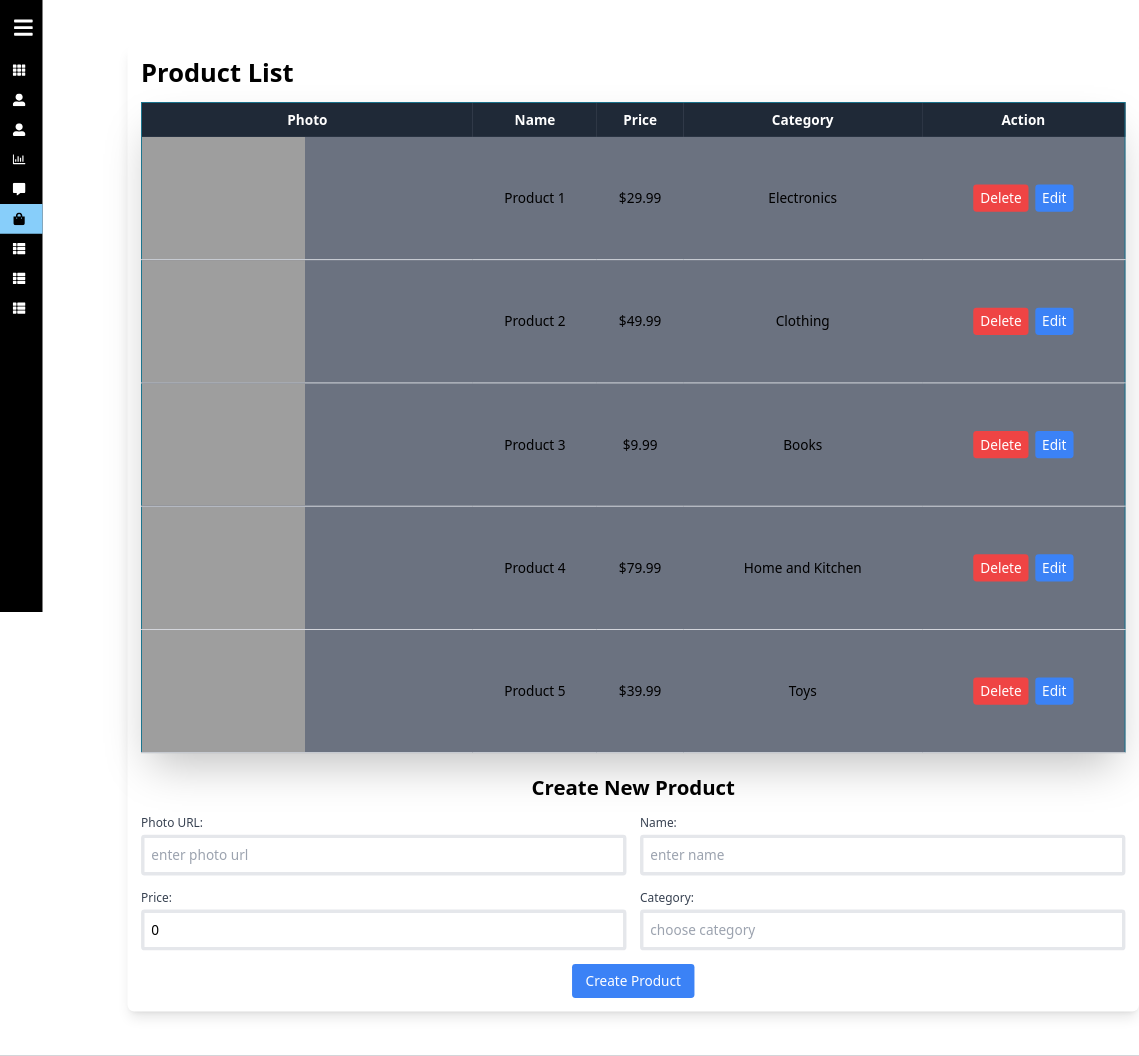
Repository: AndargWorku12/admin-dashboard
Page: /product
These files come from the project's save history. The page is drawn as it stood at one moment and after the next save; the edit follows.
The browser window is 1280 px wide. The page is 1340 px wide, so the pictures cover 1340 px, including what lies to the right of the window. The pictures show the whole page, at 85% of full size.
Pictures or frames that could not be fetched are drawn as grey boxes. The project was rebuilt for these pictures with package versions that can differ from the ones it lists, and the page was loaded fresh each time. Also part of the build but not shown: src/pages/Dashboard.tsx, src/pages/Orders.tsx, src/pages/Category.tsx, src/pages/Login.tsx, src/pages/Analytics.tsx, src/pages/CustemerReview.tsx, src/pages/ShopCard.tsx, src/pages/SignUpForm.tsx.

Above is the page before, as saved 2024-01-26 01:03:27.

### src/index.tsx
import { ColorModeScript } from "@chakra-ui/react"
import * as React from "react"
import * as ReactDOM from "react-dom/client"
import App from "./App"
import './index.css'

const container = document.getElementById("root")
if (!container) throw new Error('Failed to find the root element');
const root = ReactDOM.createRoot(container)

root.render(

  <React.StrictMode>
    <ColorModeScript />
    <App />
  </React.StrictMode>,

)

### src/App.tsx

import React, {useState} from 'react';
import { BrowserRouter, Route, Routes } from 'react-router-dom';
import Sidebar from './components/Sidebar';
import Dashboard from './pages/Dashboard';
// import SignUpForm from './pages/LoginPopup'
import Orders from './pages/Orders';
import Category from './pages/Category';
import Login from './pages/Login'
import Analytics from './pages/Analytics';
import CustemerReview from './pages/CustemerReview';
import ProductList from './pages/ProductList';
import ShopCard from './pages/ShopCard';
import './App.css'
import SignUpForm from './pages/SignUpForm';




type SaleData = {
  date: string;
  amount: number;
};

type RevenueData = {
  month: string;
  revenue: number;
};

type Product = {
    id: string;
    photo: string;
    name: string;
    price: number;
    category: string;
};

type Order = {
    id: string;
    productName: string;
    quantity: number;
    totalPrice: number;

};

type CategoryType = {
  id: string;
  photo:string;
  name: string;
};



// Sample props for components
type DashboardProps = {
  saleData: SaleData[];
  revenueData: RevenueData[];
  // ... other props
};

type AnalyticsProps = {
  salesData: SaleData[];
  // ... other props
};

type ProductProps = {
  products: Product[];
  onUpdate: (productId: string, updatedProduct: Product) => void;

};




type OrderProps = {
  orders: Order[];
  // ... other props
};

type CategoryProps = {
  categories: CategoryType[];
  // ... other props
};







const App: React.FC = () => {


// for the product page to handle
  const [products, setProducts] = useState<Product[]>([


    {
      id: '1',
      photo: 'https://img.ltwebstatic.com/images3_pi/2022/01/10/16417919016a32607182dd11dedeb77e8324b683e8_thumbnail_900x.webp',
      name: 'Product 1',
      price: 29.99,
      category: 'Electronics',
    },
    {
      id: '2',
      photo: 'https://img.ltwebstatic.com/images3_pi/2022/01/10/16417919016a32607182dd11dedeb77e8324b683e8_thumbnail_900x.webp',
      name: 'Product 2',
      price: 49.99,
      category: 'Clothing',
    },
    {
      id: '3',
      photo: 'https://img.ltwebstatic.com/images3_pi/2022/01/10/16417919016a32607182dd11dedeb77e8324b683e8_thumbnail_900x.webp',
      name: 'Product 3',
      price: 9.99,
      category: 'Books',
    },
    {
      id: '4',
      photo: 'https://img.ltwebstatic.com/images3_pi/2022/01/10/16417919016a32607182dd11dedeb77e8324b683e8_thumbnail_900x.webp',
      name: 'Product 4',
      price: 79.99,
      category: 'Home and Kitchen',
    },
    {
      id: '5',
      photo: 'https://img.ltwebstatic.com/images3_pi/2022/01/10/16417919016a32607182dd11dedeb77e8324b683e8_thumbnail_900x.webp',
      name: 'Product 5',
      price: 39.99,
      category: 'Toys',
    },



  ]);

  // Function to handle creating a new product
  const handleCreate = (newProduct: Product) => {
    setProducts((prevProducts) => [...prevProducts, newProduct]);
  };

  // Function to handle updating a product

  const handleUpdate = (productId: string, newName: string, newPrice: number) => {
    setProducts((prevProducts) =>
      prevProducts.map((product) =>
        product.id === productId
          ? { ...product, name: newName, price: newPrice }
          : product
      )
    );
  };



  // Function to handle deleting a product
  const handleDelete = (productId: string) => {
    setProducts((prevProducts) => prevProducts.filter((product) => product.id !== productId));
  };

//  for AnalyticsPage
// for category page


const [categories, setCategories] = useState<CategoryType[]>([
  {
    id: '1',
    photo: 'https://plus.unsplash.com/premium_photo-1661662850226-83c981ed4eba?w=500&auto=format&fit=crop&q=60&ixlib=rb-4.0.3&ixid=M3wxMjA3fDB8MHxzZWFyY2h8MXx8bGFwdG9wJTIwY29tcHV0ZXJ8ZW58MHx8MHx8fDA%3D',
    name: 'Category 1',
  },
  {
    id: '2',
    photo: 'https://plus.unsplash.com/premium_photo-1661662850226-83c981ed4eba?w=500&auto=format&fit=crop&q=60&ixlib=rb-4.0.3&ixid=M3wxMjA3fDB8MHxzZWFyY2h8MXx8bGFwdG9wJTIwY29tcHV0ZXJ8ZW58MHx8MHx8fDA%3D',
    name: 'Category 2',
  },
  {
    id: '3',
    photo: 'https://plus.unsplash.com/premium_photo-1661662850226-83c981ed4eba?w=500&auto=format&fit=crop&q=60&ixlib=rb-4.0.3&ixid=M3wxMjA3fDB8MHxzZWFyY2h8MXx8bGFwdG9wJTIwY29tcHV0ZXJ8ZW58MHx8MHx8fDA%3D',
    name: 'Category 3',
  },
  {
    id: '4',
    photo: 'https://plus.unsplash.com/premium_photo-1661662850226-83c981ed4eba?w=500&auto=format&fit=crop&q=60&ixlib=rb-4.0.3&ixid=M3wxMjA3fDB8MHxzZWFyY2h8MXx8bGFwdG9wJTIwY29tcHV0ZXJ8ZW58MHx8MHx8fDA%3D',
    name: 'Category 4',
  },

]);

// Function to handle creating a new category
// const handleCreateCategory = (newCategory: CategoryType) => {
//   setCategories((prevCategories) => [...prevCategories, newCategory]);
// };
const handleCreateCategory = (newCategory: CategoryType) => {
  // Add the new category to the list of categories
  setCategories((prevCategories) => [...prevCategories, newCategory]);
};

const handleUpdateCategory = (categoryId: string, newName: string) => {
  setCategories((prevCategories) =>
    prevCategories.map((category) =>
      category.id === categoryId ? { ...category, name: newName } : category
    )
  );
};

// Function to handle deleting a category
const handleDeleteCategory = (categoryId: string) => {
  setCategories((prevCategories) => prevCategories.filter((category) => category.id !== categoryId));
};

  const saleData: SaleData[] = [
    { date: '2022-01-01', amount: 100 },
    { date: '2022-01-02', amount: 150 },
    { date: '2022-01-03', amount: 200 },
    { date: '2022-01-04', amount: 120 },
    { date: '2022-01-05', amount: 180 },
    { date: '2022-01-06', amount: 90 },
    { date: '2022-01-07', amount: 110 },
    { date: '2022-01-08', amount: 130 },
    { date: '2022-01-09', amount: 170 },
    { date: '2022-01-10', amount: 160 },
  ];

  const revenueData: RevenueData[] = [
    { month: 'January', revenue: 500 },
    { month: 'February', revenue: 700 },
    { month: 'March', revenue: 600 },
    { month: 'April', revenue: 800 },
    { month: 'May', revenue: 900 },
    { month: 'June', revenue: 750 },
    { month: 'July', revenue: 850 },
    { month: 'August', revenue: 950 },
    { month: 'September', revenue: 700 },
    { month: 'October', revenue: 850 },
  ];


   const [orders, setOrders] = useState<Order[]>([
    {
      id: '1',
      productName: 'Laptop',
      quantity: 2,
      totalPrice: 2000,
    },
    {
      id: '2',
      productName: 'Smartphone',
      quantity: 3,
      totalPrice: 1200,
    },
    {
      id: '3',
      productName: 'Headphones',
      quantity: 1,
      totalPrice: 100,
    },
    {
      id: '4',
      productName: 'Camera',
      quantity: 1,
      totalPrice: 800,
    },

   ]);

  // Function to create a new order
  const handleCreateOrder = (newOrder: Order) => {
    setOrders((prevOrders) => [...prevOrders, newOrder]);
  };

  // Function to delete an order
  const handleDeleteOrder = (orderId: string) => {
    const updatedOrders = orders.filter(order => order.id !== orderId);
    setOrders(updatedOrders);
  };

  // Function to update an order
  const handleUpdateOrder = (orderId: string, updatedOrder: Order) => {
    // Placeholder implementation: Updating the order in the list
    setOrders((prevOrders) =>
      prevOrders.map((order) =>
        order.id === orderId ? { ...order, ...updatedOrder } : order
      )
    );
  };

  return (
    <BrowserRouter>
    <Sidebar>
      <Routes>
        <Route path="/" element={<Dashboard saleData={saleData} revenueData={revenueData} />} />
        <Route path="/dashboard" element={<Dashboard saleData={saleData} revenueData={revenueData} />} />
       <Route path="/login" element={<Login/>}/>
        <Route path="/signup" element={<SignUpForm />} />
        <Route path="/review"element={<CustemerReview username="John" joinedDate="2022-01-01" reviewDate="2022-01-15" reviewText="Lorem ipsum" />}
/>

        <Route path="/analytics" element={<Analytics saleData={saleData} />} />
        <Route
  path="/product"
  element={<ProductList products={products} onCreate={handleCreate} onDelete={handleDelete} onUpdate={handleUpdate} />}
/>
        <Route path="/shop" element={<ShopCard />} />
        <Route
        path="/orders"
        element={
          <Orders
  orders={orders}
  onCreateOrder={handleCreateOrder}
  onDeleteOrder={handleDeleteOrder}
  onUpdateOrder={handleUpdateOrder}
/>
        }
      />

        <Route
            path="/category"
            element={<Category
              categories={categories}
              onCreate={handleCreateCategory}
              onDelete={handleDeleteCategory}
              onUpdate={handleUpdateCategory}
            />}
          />

      </Routes>
    </Sidebar>
  </BrowserRouter>
  );
};

export default App;

### src/components/Sidebar.tsx
import React, { useState } from 'react';
import ReactNode from "react";
import {
    FaTh,
    FaBars,
    FaUserAlt,
    FaRegChartBar,
    FaCommentAlt,
    FaShoppingBag,
    FaThList
} from 'react-icons/fa';
import { NavLink, NavLinkProps } from 'react-router-dom';



interface MenuItem {
    path: string;
    name: string;
    icon: JSX.Element;
}

interface SidebarProps {
  children: React.ReactNode;
}
    const Sidebar: React.FC<React.PropsWithChildren<{}>> = ({ children }) => {
    const [isOpen, setIsOpen] = useState(false);

    const toggle = () => setIsOpen(!isOpen);

    const menuItems: MenuItem[] = [
        {
            path: '/',
            name: 'Dashboard',
            icon: <FaTh />,
        },
        {
            path: '/login',
            name: 'Login',
            icon: <FaUserAlt />,
        },
        {
          path: '/signup',
          name: 'Register form',
          icon: <FaUserAlt />,
      },
        {
            path: '/analytics',
            name: 'Analytics',
            icon: <FaRegChartBar />,
        },
        {
            path: '/review',
            name: 'CustemerReview',
            icon: <FaCommentAlt />,
        },
        {
            path: '/product',
            name: 'Product',
            icon: <FaShoppingBag />,
        },
        {
            path: '/category',
            name: 'Category List',
            icon: <FaThList />,
        },
        {
          path: '/orders',
          name: 'Orders',
          icon: <FaThList />,
      },
      {
        path: '/shop',
        name: 'Sample product',
        icon: <FaThList />,
    },
    ];

    return (
        <div className="container">
            <div style={{ width: isOpen ? '200px' : '50px' }} className="sidebar">
                <div className="top_section">
                    <h1 style={{ display: isOpen ? 'block' : 'none' }} className="logo">
                        Logo
                    </h1>
                    <div style={{ marginLeft: isOpen ? '50px' : '0px' }} className="bars">
                        <FaBars onClick={toggle} />
                    </div>
                </div>
                {menuItems.map((item, index) => (
                    <NavLink to={item.path} key={index} className="link"
                    //  activeClassName="active"
                     >
                        <div className="icon">{item.icon}</div>
                        <div style={{ display: isOpen ? 'block' : 'none' }} className="link_text text-sm">
                            {item.name}
                        </div>
                    </NavLink>
                ))}
            </div>
            <main>{children}</main>
        </div>
    );
};

export default Sidebar;

### src/pages/ProductList.tsx
import React, { useState } from 'react';

interface Product {
  id: string;
  photo: string;
  name: string;
  price: number;
  category: string;
}

interface ProductListProps {
  products: Product[];
  onCreate: (newProduct: Omit<Product, 'id'> & { id?: string }) => void;
  onDelete: (productId: string) => void;
  onUpdate: (productId: string, newName: string, newPrice: number) => void;
}

const ProductList: React.FC<ProductListProps> = ({ products, onCreate, onDelete, onUpdate }) => {
  const [newProduct, setNewProduct] = useState<Omit<Product, 'id'> & { id?: string }>({
    photo: '',
    name: '',
    price: 0,
    category: '',
  });
  const [editingProduct, setEditingProduct] = useState<Product | null>(null);

  const handleCreateProduct = () => {
    onCreate({ ...newProduct, id: Date.now().toString() });
    setNewProduct({
      photo: '',
      name: '',
      price: 0,
      category: '',
    });
  };

  const handleUpdateProduct = () => {
    if (editingProduct) {
      onUpdate(editingProduct.id, editingProduct.name, editingProduct.price);
      setEditingProduct(null);
    }
  };

  const handleDeleteProduct = (id: string) => {
    onDelete(id);
  };

  const handleEditProduct = (product: Product) => {
    setEditingProduct(product);
  };

  return (
    <div className="container mx-auto my-8 p-4 bg-white shadow-lg rounded-lg block gap-64 text-center ml-20">
      <h2 className="text-3xl font-bold mb-4 text-left">Product List</h2>
      <table className="w-full border border-cyan-700 w-max-80 shadow-2xl bg-gray-500">
        <thead>
          <tr className=' bg-gray-800 text-white'>
            <th className="py-2">Photo</th>
            <th className="py-2">Name</th>
            <th className="py-2">Price</th>
            <th className="py-2">Category</th>
            <th className="py-2">Action</th>
          </tr>
        </thead>
        <tbody>
          {products.map((product) => (
            <tr key={product.id} className="border-b">
              <td>
                <img src={product.photo} alt={product.name} className="w-48 h-36 object-cover" />
              </td>
              <td className="py-2">{product.name}</td>
              <td className="py-2">${product.price.toFixed(2)}</td>
              <td className="py-2">{product.category}</td>
              <td className="py-2">
                <button
                  onClick={() => handleDeleteProduct(product.id)}
                  className="bg-red-500 text-white px-2 py-1 rounded mr-2"
                >
                  Delete
                </button>
                <button
                  onClick={() => handleEditProduct(product)}
                  className="bg-blue-500 text-white px-2 py-1 rounded"
                >
                  Edit
                </button>
              </td>
            </tr>
          ))}
        </tbody>
      </table>

      <h2 className="text-2xl font-bold mt-6 mb-4">
        {editingProduct ? 'Edit Product' : 'Create New Product'}
      </h2>
      <div className="grid grid-cols-2 gap-4 text-start">
        <div>
          <label htmlFor="productPhoto" className="block text-sm font-medium text-gray-700">
            Photo URL:
          </label>
          <input
            type="text"
            id="productPhoto"
            placeholder='enter photo url'
            value={editingProduct ? editingProduct.photo : newProduct.photo}
            onChange={(e) =>
              editingProduct
                ? setEditingProduct({ ...editingProduct, photo: e.target.value })
                : setNewProduct({ ...newProduct, photo: e.target.value })
            }
            className="mt-1 p-2 border-4 rounded w-full"
          />
        </div>
        <div>
          <label htmlFor="productName" className="block text-sm font-medium text-gray-700">
            Name:
          </label>
          <input
            type="text"
            id="productName"
            placeholder='enter name'
            value={editingProduct ? editingProduct.name : newProduct.name}
            onChange={(e) =>
              editingProduct
                ? setEditingProduct({ ...editingProduct, name: e.target.value })
                : setNewProduct({ ...newProduct, name: e.target.value })
            }
            className="mt-1 p-2 border-4 rounded w-full"
          />
        </div>
        <div>
          <label htmlFor="productPrice" className="block text-sm font-medium text-gray-700">
            Price:
          </label>
          <input
            type="number"
            id="productPrice"
            placeholder='enter price'
            value={editingProduct ? editingProduct.price : newProduct.price}
            onChange={(e) =>
              editingProduct
                ? setEditingProduct({ ...editingProduct, price: +e.target.value })
                : setNewProduct({ ...newProduct, price: +e.target.value })
            }
            className="mt-1 p-2 border-4 rounded w-full"
          />
        </div>
        <div>
          <label htmlFor="productCategory" className="block text-sm font-medium text-gray-700">
            Category:
          </label>
          <input
            type="text"
            id="productCategory"
            placeholder='choose category'
            value={editingProduct ? editingProduct.category : newProduct.category}
            onChange={(e) =>
              editingProduct
                ? setEditingProduct({ ...editingProduct, category: e.target.value })
                : setNewProduct({ ...newProduct, category: e.target.value })
            }
            className="mt-1 p-2 border-4  rounded w-full"
          />
        </div>
      </div>
      <button
        onClick={editingProduct ? handleUpdateProduct : handleCreateProduct}
        className="mt-4 bg-blue-500 text-white px-4 py-2 rounded"
      >
        {editingProduct ? 'Update Product' : 'Create Product'}
      </button>
    </div>
  );
};

export default ProductList;

### src/App.css
* {
    margin: 0;
    padding: 0;
    text-decoration: none;
}

.container {
    display: flex;
}

main {
    width: 100%;
    padding: 20px;
}

.sidebar {
    background: #000;
    color: #fff;
    height: 100vh;
    width: 200px;
    transition: all 0.5s;
}

.top_section {
    display: flex;
    align-items: center;
    padding: 20px 15px;
}

.logo {
    font-size: 30px;
}

.bars {
    display: flex;
    font-size: 25px;
    margin-left: 50px;
}

.link {
    display: flex;
    color: #fff;
    padding: 10px 15px;
    gap: 15px;
    transition: all 0.5s;
}

.link:hover {
    background: lightskyblue;
    color: #000;
    transition: all 0.5s;
}

.active {
    background: lightskyblue;
    color: #000;
}

.icon,
.link_text {
    font-size: 15px;
}

Loaded but not shown: public/index.html (common file); src/index.css (common file); tailwind.config.js (common file)

After the next save:
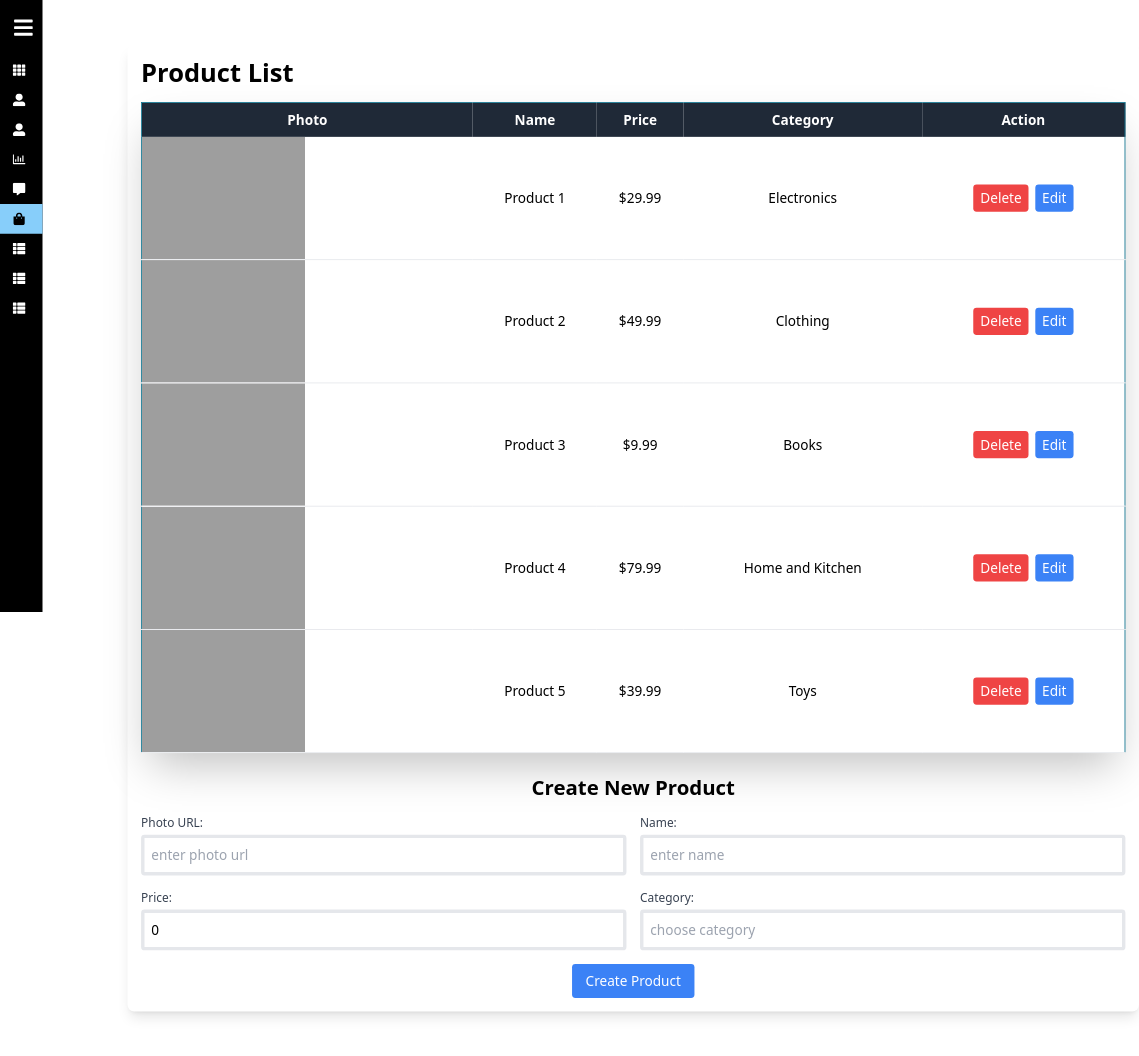
Saved 10 min 9 s later.
--- a/src/pages/ProductList.tsx
+++ b/src/pages/ProductList.tsx
@@ -52,7 +52,7 @@ const ProductList: React.FC<ProductListProps> = ({ products, onCreate, onDelete,
   return (
     <div className="container mx-auto my-8 p-4 bg-white shadow-lg rounded-lg block gap-64 text-center ml-20">
       <h2 className="text-3xl font-bold mb-4 text-left">Product List</h2>
-      <table className="w-full border border-cyan-700 w-max-80 shadow-2xl bg-gray-500">
+      <table className="w-full border border-cyan-700 w-max-80 shadow-2xl">
         <thead>
           <tr className=' bg-gray-800 text-white'>
             <th className="py-2">Photo</th>
